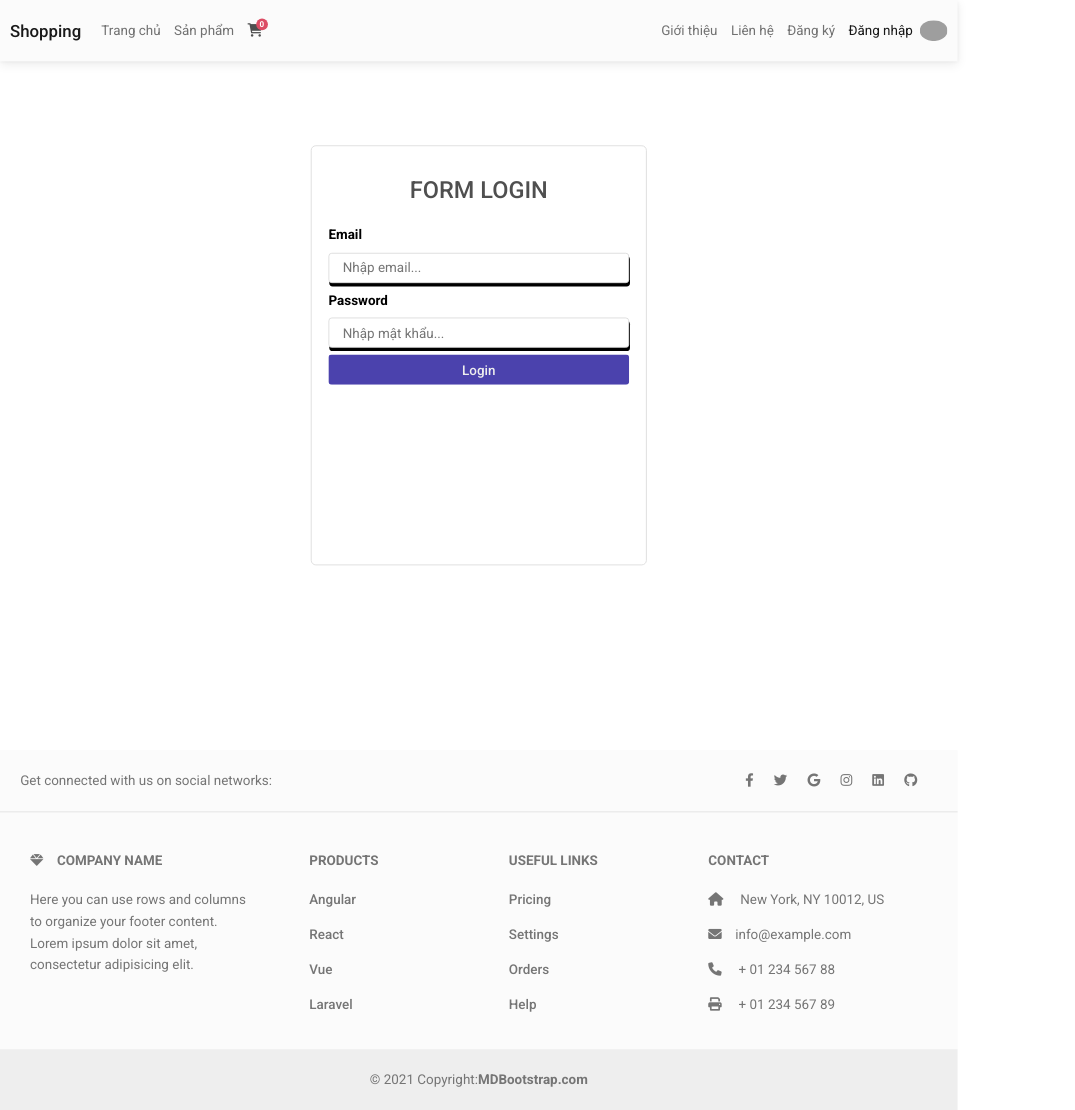
Repository: TinhTT336/MD02_Session10
Page: /login
These files come from the project's save history. The page is drawn as it stood at one moment and after the next save; the edit follows.
The browser window is 1280 px wide. The pictures show the whole page, at 84% of full size.
Pictures or frames that could not be fetched are drawn as grey boxes. Some web libraries are served in a nearby version. The project was rebuilt for these pictures with package versions that can differ from the ones it lists, and the page was loaded fresh each time. Also part of the build but not shown: vite.config.js, src/pages/Home.jsx, src/common/formatMoney.js, src/actions/cartActions.js, src/pages/ListProduct.jsx, src/pages/Cart.jsx, src/components/base/backtop/backtop.css, src/components/base/backtop/BackToTop.jsx and 11 more.

Above is the page before, as saved 2023-09-08 17:23:40.

After the next save:
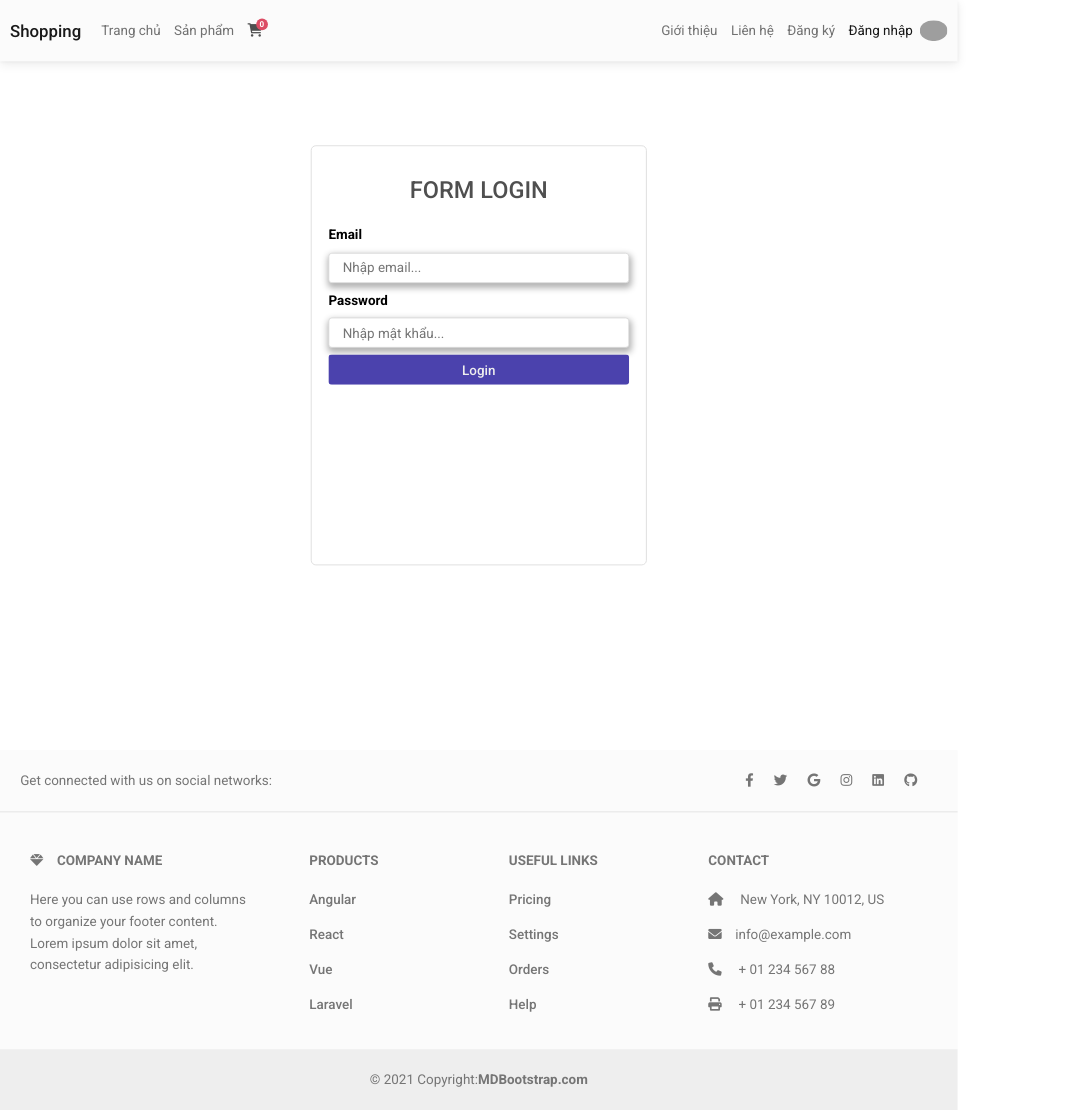
Saved 15 s later.
--- a/src/pages/login.css
+++ b/src/pages/login.css
@@ -20,5 +20,5 @@
   border-radius: 4px;
   outline: none;
   border: 1px solid #dadada;
-  box-shadow: 1px 4px;
+  box-shadow: 1px 4px 8px 2px rgba(0, 0, 0, 0.3);
 }
